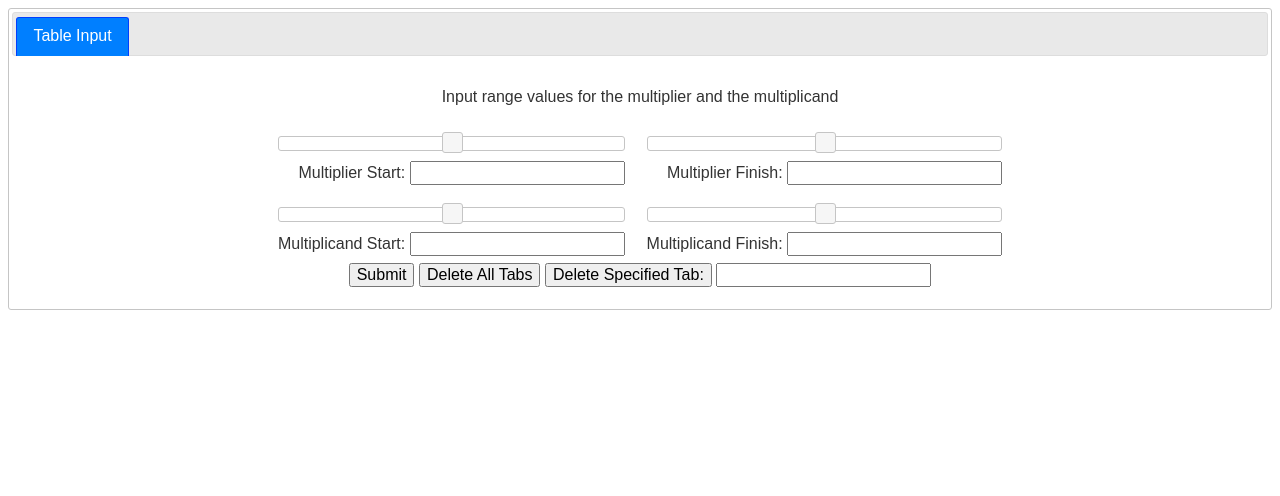
Repository: khrasna/HW4Part2
Page: index.html
These files come from the project's save history. The page is drawn as it stood at one moment and after the next save; the edit follows.
The browser window is 1280 px wide. The pictures show the whole page.
Some web libraries are served in a nearby version.

Above is the page before, as saved 2021-11-22 16:31:41.

After the next save:
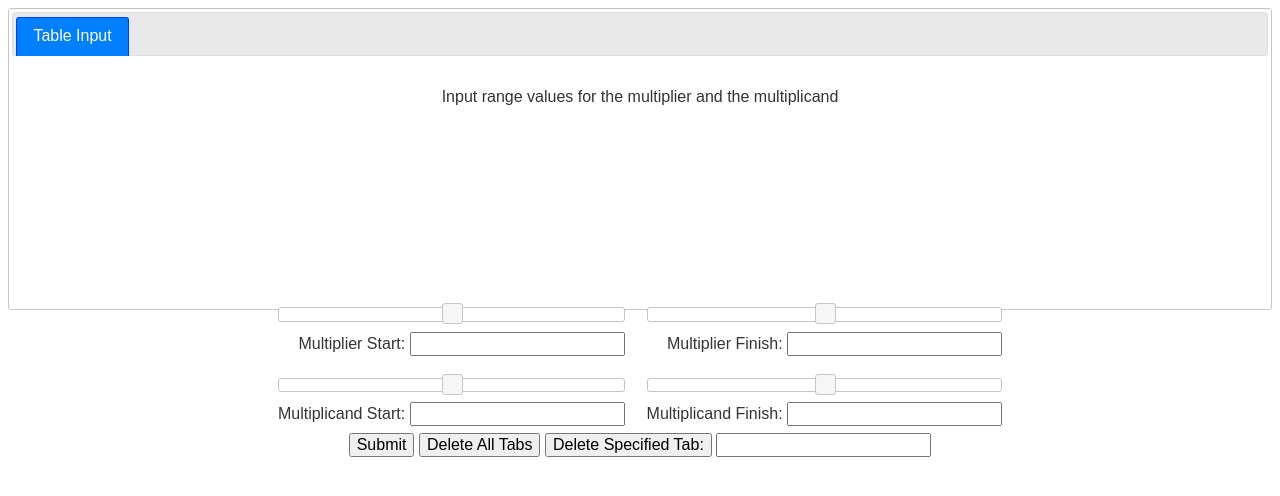
Saved 9 s later.
--- a/style.css
+++ b/style.css
@@ -17,7 +17,7 @@ div#tab1 {
     display: grid;
     grid-template-columns: auto;
     /* top row of grid holds the form for input, the rest of page holds the multiplication table*/
-    grid-template-rows: 20% auto;
+    grid-template-rows: 20% 80%;
     height: 97%;
 }
 
